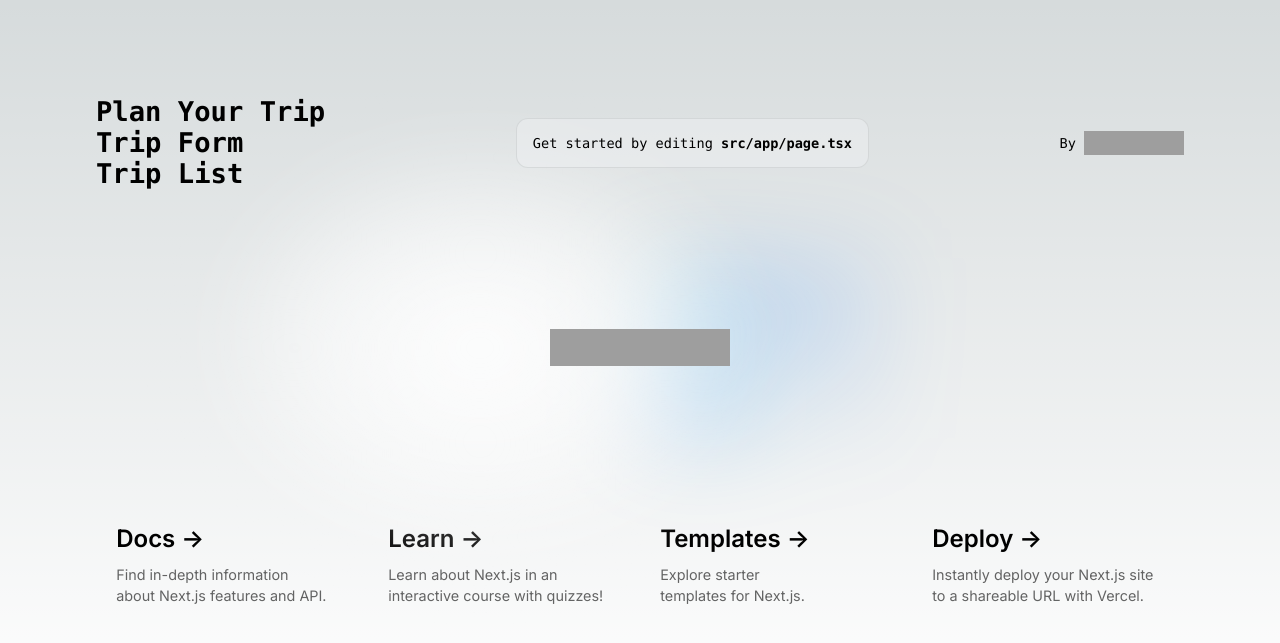
Repository: aobeid1979/reseplanerna
Page: / (app in reseplanerna/)
The author's editor kept a copy of each file at every save. The page is drawn from the files as they stood at one save, then again after the next save.
The browser window is 1280 px wide. The pictures show the whole page.
Pictures or frames that could not be fetched are drawn as grey boxes. The project was rebuilt for these pictures with package versions that can differ from the ones it lists, and the page was loaded fresh each time. The framework's server and built-in components were replaced by stand-ins that run in the browser. Also part of the build but not shown: reseplanerna/next.config.mjs.

Above is the page before, as saved 2024-04-23 12:07:45.

### reseplanerna/src/app/page.tsx
import Image from "next/image";
import styles from "./page.module.css";
import React from "react";
import TripForm from "../components/TripForm/TripForm";
import TripList from "../components/TripList/TripList";

export default function Home() {
  return (
    <main className={styles.main}>
      <div className={styles.description}>
        <div>
          <h1>Plan Your Trip</h1>
          <TripForm />
          <TripList />
        </div>
        <p>
          Get started by editing&nbsp;
          <code className={styles.code}>src/app/page.tsx</code>
        </p>
        <div>
          <a
            href="https://vercel.com?utm_source=create-next-app&utm_medium=appdir-template&utm_campaign=create-next-app"
            target="_blank"
            rel="noopener noreferrer"
          >
            By{" "}
            <Image
              src="/vercel.svg"
              alt="Vercel Logo"
              className={styles.vercelLogo}
              width={100}
              height={24}
              priority
            />
          </a>
        </div>
      </div>

      <div className={styles.center}>
        <Image
          className={styles.logo}
          src="/next.svg"
          alt="Next.js Logo"
          width={180}
          height={37}
          priority
        />
      </div>

      <div className={styles.grid}>
        <a
          href="https://nextjs.org/docs?utm_source=create-next-app&utm_medium=appdir-template&utm_campaign=create-next-app"
          className={styles.card}
          target="_blank"
          rel="noopener noreferrer"
        >
          <h2>
            Docs <span>-&gt;</span>
          </h2>
          <p>Find in-depth information about Next.js features and API.</p>
        </a>

        <a
          href="https://nextjs.org/learn?utm_source=create-next-app&utm_medium=appdir-template&utm_campaign=create-next-app"
          className={styles.card}
          target="_blank"
          rel="noopener noreferrer"
        >
          <h2>
            Learn <span>-&gt;</span>
          </h2>
          <p>Learn about Next.js in an interactive course with&nbsp;quizzes!</p>
        </a>

        <a
          href="https://vercel.com/templates?framework=next.js&utm_source=create-next-app&utm_medium=appdir-template&utm_campaign=create-next-app"
          className={styles.card}
          target="_blank"
          rel="noopener noreferrer"
        >
          <h2>
            Templates <span>-&gt;</span>
          </h2>
          <p>Explore starter templates for Next.js.</p>
        </a>

        <a
          href="https://vercel.com/new?utm_source=create-next-app&utm_medium=appdir-template&utm_campaign=create-next-app"
          className={styles.card}
          target="_blank"
          rel="noopener noreferrer"
        >
          <h2>
            Deploy <span>-&gt;</span>
          </h2>
          <p>
            Instantly deploy your Next.js site to a shareable URL with Vercel.
          </p>
        </a>
      </div>
    </main>
  );
}

### reseplanerna/src/components/TripForm/TripForm.jsx

import  React, { useState } from 'react';

function TripForm() {
  return (
    <div>
      <h1>Trip Form</h1>
    </div>
  );
}

export default TripForm;

### reseplanerna/src/components/TripList/TripList.jsx
import React from 'react';

function TripList() {
  return (
    <div>
      <h1>Trip List</h1>
    </div>
  );
}

export default TripList;

Loaded but not shown: reseplanerna/src/app/layout.tsx (common file); reseplanerna/src/app/globals.css (common file); reseplanerna/src/app/page.module.css (common file)

After the next save:
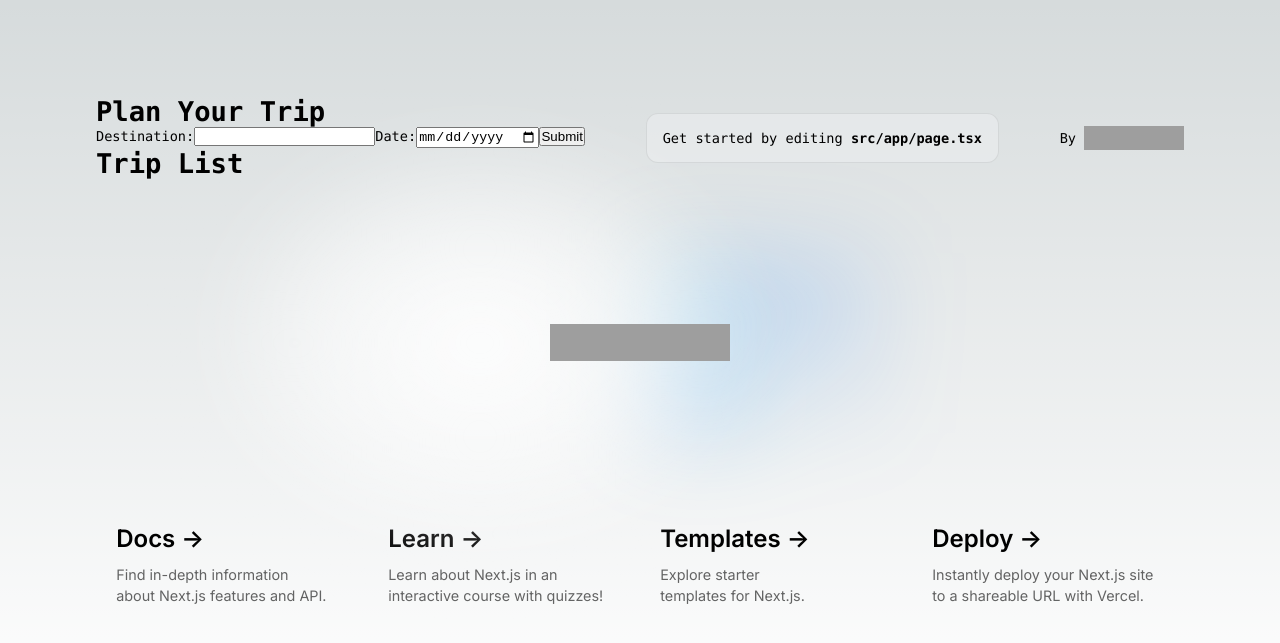
Saved 34 s later.
--- a/reseplanerna/src/components/TripForm/TripForm.jsx
+++ b/reseplanerna/src/components/TripForm/TripForm.jsx
@@ -1,11 +1,27 @@
-
-import  React, { useState } from 'react';
+import React, { useState } from 'react';
 
 function TripForm() {
+  const [destination, setDestination] = useState('');
+  const [date, setDate] = useState('');
+
+  const handleSubmit = (event) => {
+    event.preventDefault();
+    console.log(`Submitting trip to ${destination} on ${date}`);
+    // Here you can add code to save the trip
+  };
+
   return (
-    <div>
-      <h1>Trip Form</h1>
-    </div>
+    <form onSubmit={handleSubmit}>
+      <label>
+        Destination:
+        <input type="text" value={destination} onChange={(e) => setDestination(e.target.value)} />
+      </label>
+      <label>
+        Date:
+        <input type="date" value={date} onChange={(e) => setDate(e.target.value)} />
+      </label>
+      <input type="submit" value="Submit" />
+    </form>
   );
 }
 
